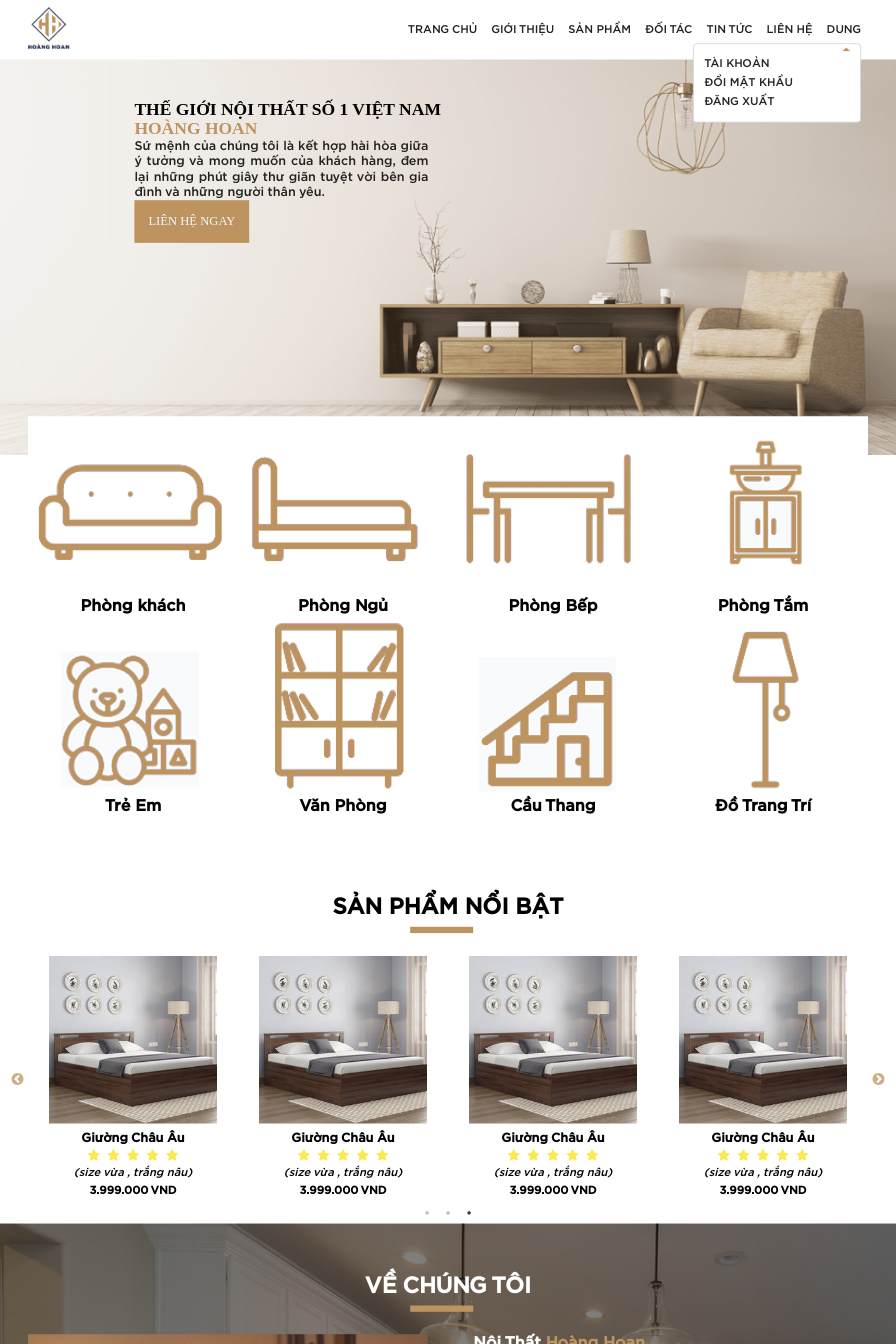
Repository: LDDUNG2003/prj_2
Page: /
The author's editor kept a copy of each file at every save. The page is drawn from the files as they stood at one save, then again after the next save.
The browser window is 1280 px wide. The pictures show the part of the page from y = 0 to 1920 px (the page is 3929 px tall), at 70% of full size.
The project was rebuilt for these pictures with package versions that can differ from the ones it lists, and the page was loaded fresh each time. Also part of the build but not shown: src/pages/news/newsListItem/index.js, src/pages/news/index.js, src/styles/css/contact.css, src/pages/contact/index.js, src/pages/notfoud/index.js, src/pages/login/index.js.

Above is the page before, as saved 2023-09-22 11:19:22.

### public/index.html
<!doctype html>
<html lang="en">
  <head>
    <meta charset="utf-8">
    <meta name="viewport" content="width=device-width, initial-scale=1">
    <link rel="shortcut icon" href="./img/logo.png">
    <link rel="preconnect" href="https://fonts.googleapis.com">
    <link rel="preconnect" href="https://fonts.gstatic.com" crossorigin>
    <link href="https://fonts.googleapis.com/css2?family=Roboto:ital,wght@0,100;0,300;0,400;0,500;1,100;1,400;1,500;1,700;1,900&display=swap" rel="stylesheet">
    <title>Nội Thất Hoàng Hoan</title>
  </head>
  <body>
    <div id="root"></div>
  </body>
</html>

### src/index.js
import React from 'react';
import ReactDOM from 'react-dom';
import App from './App';
import './index.css';

const root = ReactDOM.createRoot(document.getElementById('root'));
root.render(
  <React.StrictMode>
    <App />
  </React.StrictMode>,
);

### src/App.js
import React, { Component, Fragment } from 'react';
import { BrowserRouter as Router , Routes, Route } from 'react-router-dom';
import defaultLayout from './layouts/defaultLayout';
import { publicRoute } from './routes';
import "slick-carousel/slick/slick.css";
import "slick-carousel/slick/slick-theme.css";
import './styles/css/responsive.css';

class App extends Component {
  render() {
    return (
      <Router>
        <div className="App">
        <Routes>
          {publicRoute.map((route ,index) => {
              const Page = route.component
              let Layout
              if(route.layout === 'notlayout'){
                Layout = Fragment
              }else{
                Layout = defaultLayout
              }
              return (<Route
                key={index}
                path={route.path}
                element={
                <Layout>
                    <Page/>
                  </Layout>
                }/>);
            })}
        </Routes>
        </div>
      </Router>
    );
  }
}

export default App;

### src/index.css
@font-face {
    font-family: "Gotham-Medium";
    src: url(./styles/front/Gotham-Medium.otf);
}

@font-face {
    font-family: "Gotham-Thin";
    src: url(./styles/front/Gotham-Thin.otf);
}

@font-face {
    font-family: "Gotham-Ultra";
    src: url(./styles/front/Gotham-Ultra.otf);
}

### src/layouts/defaultLayout/index.js
// import PropTypes from 'prop-types'
import Header from "../header";
import Footer from "../footer";
import "../../styles/css/base.css";

function defaultLayout({children}) {
    return(
        <>
        <Header />
        <div className="content">{children}</div>
        <Footer />
        </>
    );
}

// DefaultLayout.propTypes = {
//     children: PropTypes.node.isRequired
// };
export default defaultLayout

### src/routes/index.js
import Home from '~/pages/home'
import News from '~/pages/news'
import Contact from '~/pages/contact'
import page404 from '~/pages/notfoud'
import Login from '~/pages/login'

const publicRoute = [
    {path: '/',component: Home},
    {path: '/news',component: News},
    {path: '/contact',component: Contact},
    {path: '/*',component: page404, layout: 'notlayout'},
    {path: '/login',component: Login,layout: 'notlayout'}
]

export  {publicRoute}

### src/styles/css/responsive.css
@media (min-width:767px) {
    #mobileMenu {
        display: none;
    }
}

@media (max-width: 767px) {
    #root {
        margin: 0px 5px;
    }
    #mobileMenu {
        display: block;
        text-align: center;
    }
    .logo--block {
        width: 100%;
        display: flex;
        align-items: center;
        justify-content: space-between;
    }
    .navBar {
        display: block;
        height: auto;
    }
    .choose-item {
        width: 100%;
    }
    .menu-mobile {
        width: 40px;
        height: 40px;
        padding: 10px;
        border: 0px;
        background-color: var(--primary-color);
    }
    .news--item-container {
        font-size: 11px;
    }
    .content--title::before {
        display: none;
    }
    .new--item-heading {
        font-size: 14px;
    }
    .navBar__list {
        display: none;
        width: 100%;
    }
    .navBar__list-item {
        padding: 4px;
        border-bottom: 2px solid #ccc;
    }
    .about__us {
        background: none;
    }
    .about__us::before {
        background: none;
    }
    .content__focut {
        position: static;
    }
    .focut--item {
        width: 50%;
    }
    .content__banner {
        width: 100%;
    }
    .banner--content {
        display: none;
    }
    .slick-prev:before,
    .slick-next:before {
        display: none;
    }
    .about--background {
        display: none;
    }
    .about__us-bag {
        position: static;
    }
    .about--block {
        display: block;
    }
    .about--content {
        width: 100%;
        color: var(--text-color);
    }
    .about--content img {
        width: 100%;
    }
    .content--title {
        color: var(--text-color);
    }
    .news--contain {
        display: block;
    }
    .mobile-display {
        display: none;
    }
    .news--contain--item {
        width: 100%;
    }
    .news--list-item {
        width: 100%;
        overflow: hidden;
    }
    .news--list-item img {
        height: 100%;
    }
    .partner--list {
        flex-wrap: wrap;
    }
    .partner--item {
        width: 50%;
    }
    .content--contact {
        display: none;
    }
    .footer__lable {
        display: block;
    }
    .footer--list {
        width: 100%;
        padding: 10px 0px;
    }
    .footer--list-item {
        width: 100%;
        padding: 5px 0px;
    }
    /* news responsive */
    .news--content-list {
        margin: 0px 20px;
    }
    .news--content-item {
        width: 100%;
    }
    .featured--list {
        width: 100%;
        margin: 10px;
        flex-wrap: wrap;
    }
    .featured--item {
        width: 100%;
    }
}

### src/layouts/header/index.js
import ListMenu from "./itemsHeader";
import Login from "./login";
import { FontAwesomeIcon } from "@fortawesome/react-fontawesome"
import { faBars} from "@fortawesome/free-solid-svg-icons";
function Header(){
    let Href = window.location.href
    console.log(Href)

    return (
        <div className="header">
            <div className="navBar">
                <div className="logo--block">
                <img src="./img/logo.png" alt="logo" className="logo" />
                <button onClick={clickMenu} className="menu-mobile" id="mobileMenu"><FontAwesomeIcon icon={faBars} color="#fff"/></button>
                </div>
                <ul className="navBar__list">
                    <ListMenu/>
                    <Login/>
                </ul>
            </div>
        </div>
    )
}
function clickMenu(){
    if (document.getElementsByClassName("navBar__list")[0].style.display === "block") {
        document.getElementsByClassName("navBar__list")[0].style.display = null;
    } else {
        document.getElementsByClassName("navBar__list")[0].style.display = "block";
    }
}

export default Header

### src/styles/css/base.css
* {
    padding: 0px;
    margin: 0px;
    font-family: "Gotham-Medium";
    text-align: justify;
}

:root {
    --primary-color: #bd945f;
    --text-color: #222222;
}


/* font setting */

.App {
    width: 100%;
    overflow: hidden;
    background-color: #fff;
}

.main {
    width: 100%;
}

.header {
    padding: 10px 0px;
    margin: auto;
    width: 100%;
    max-width: 1200px;
}

.navBar {
    display: flex;
    width: 100%;
    justify-content: space-between;
}

.logo {
    height: 60px;
}

.navBar__list {
    display: flex;
    list-style: none;
    align-items: center;
}

.navBar__list-item {
    margin: 0 10px;
    position: relative;
}

.navBar__list--link {
    text-transform: uppercase;
    font-size: 16px;
    color: var(--text-color);
    text-decoration: none;
}

.navBar__list-item::before {
    content: '';
    background-color: var(--primary-color);
    display: block;
    height: 4px;
    margin-top: 7px;
    width: 0px;
    top: 75%;
    position: absolute;
    transition: 0.3s;
    z-index: 1;
}

.Login--navBar {
    list-style: none;
    position: absolute;
    z-index: 1;
    width: 240px;
    background-color: #fff;
    padding: 15px;
    right: 0px;
    top: 150%;
    border-radius: 5px;
    border: solid 1px #ccc;
    /* display: none; */
}

.Login--navBar::before {
    content: '';
    position: absolute;
    width: 0px;
    border: 5px solid;
    border-color: #fff #fff var(--primary-color);
    top: 0px;
    right: 15px;
    display: block;
}

.navBar__list-item:hover .Login--navBar {
    display: block;
}

.Login__list-item {
    padding: 4px 0px;
}

.select--item::before {
    content: '';
    background-color: var(--primary-color);
    display: block;
    height: 4px;
    margin-top: 7px;
    width: 65px;
    top: 75%;
    position: absolute;
    z-index: 1;
}

.navBar__list-item:hover::before {
    width: 65px;
}

.featured--content {
    padding-top: 10px;
    text-align: center;
}

.featured-name {
    display: contents;
    font-size: 18px;
    text-transform: capitalize;
}

.evaluate--list {
    list-style: none;
    display: flex;
    justify-content: center;
}

.evaluate--list li {
    padding: 5px;
    margin: 0;
}

.note-product {}

.content--title {
    font-size: 32px;
    padding: 50px 0px;
    text-align: center;
    position: relative;
    text-transform: uppercase;
}

.content--title::before {
    content: '';
    background-color: var(--primary-color);
    width: 90px;
    height: 9px;
    position: absolute;
    top: 70%;
    right: 47%;
}

.content__featured {
    width: 100%;
    max-width: 1200px;
    margin: auto;
    padding-bottom: 30px;
}

.featured--list {
    width: 100%;
    list-style: none;
    display: flex;
    text-align: center;
}

.featured--item {}

.featured--img {
    width: 80%;
    margin: auto;
}

.price-product {
    text-align: center;
    padding: 7px 0px;
    font-weight: 800;
    font-size: 16px;
}

.slick-prev:before,
.slick-next:before {
    color: var(--primary-color) !important;
    width: 15px;
    display: inline-block;
}

.footer {
    padding: 20px 0px;
    background-color: black;
}

.footer__lable {
    max-width: 1200px;
    margin: auto;
    display: flex;
    width: 100%;
    justify-content: space-around;
    color: #fff;
    justify-content: space-between;
}

.footer--list {
    list-style: none;
    width: 32%;
}

.footer--list-item {
    font-size: 16px;
    padding-top: 8px;
    text-transform: capitalize;
    font-family: initial;
}

.footer--list-heading {
    font-size: 18px;
    font-weight: 300;
    text-transform: uppercase;
    position: relative;
    padding-bottom: 0px;
    font-family: 'Gotham-Medium';
}

.footer--list-heading::after {
    content: '';
    background-color: var(--primary-color);
    width: 110px;
    padding-top: 6px;
    position: absolute;
    left: 0px;
    bottom: -8px;
}

.footer--inheri {
    text-transform: uppercase;
    font-weight: 600;
    font-size: 18px;
}

.footer--list-contact {
    display: flex;
    list-style: none;
}

.fooder--list-contact-item {
    width: 16px;
    padding: 5px;
}

### src/layouts/header/itemsHeader/index.js
import { Link } from "react-router-dom"

function ListMenu() {
    var menuItem = ["Trang Chủ", "Giới Thiệu","sản phẩm","Đối Tác","tin tức","Liên hệ"]
    var menuLink = ["/", "/About", "/Products","partner", "/News", "/Contact"]
    var menubar =[]
    for (var i = 0; i < menuItem.length; i++) {
        menubar.push(
            <li onClick={clickLink} className="navBar__list-item" key={i}>
                <Link className="navBar__list--link" to={menuLink[i]}>{menuItem[i]}</Link>
            </li>
        )
        console.log(menuItem[i])
    }
    return (
        <>
        {menubar}
        </>
    );

    function clickLink(){
        document.getElementsByClassName("navBar__list")[0].style.display = null;
    }
}


export default ListMenu;

### src/layouts/header/login/index.js
import { Link } from "react-router-dom"

function Login() {
    var LoginCheck = true
    let nameAccount = "Dung"
    if(LoginCheck){
        return (
            <li onClick={clickLink} className="navBar__list-item">
                <Link className="navBar__list--link">
                    {nameAccount}
                    <ul className="Login--navBar">
                        <li className="Login__list-item">
                            <Link className="navBar__list--link">tài khoản </Link>
                        </li>
                        <li className="Login__list-item">
                            <Link className="navBar__list--link">đổi mật khẩu </Link>
                        </li>
                        <li className="Login__list-item">
                            <Link className="navBar__list--link">đăng xuất</Link>
                        </li>
                    </ul>
                </Link>
            </li>
        )
    }
    else{
        return(
            <li className="navBar__list-item">
                <Link to = "/login" className="navBar__list--link">Đăng Nhập</Link>
            </li>
        )
    }

    function clickLink(){
        document.getElementsByClassName("navBar__list")[0].style.display = null;
    }
}

export default Login;

### src/styles/css/news.css
.news--contet {
    width: 100%;
    max-width: 1200px;
    margin: auto;
    padding-bottom: 50px;
}

.news--content-list {
    display: flex;
    flex-wrap: wrap;
    list-style: none;
    align-items: center;
}

.news--content-item {
    width: 33%;
    padding: 20px;
    box-sizing: border-box;
}

.news--item-img {
    width: 100%;
}

.news--item-contain {
    margin: auto;
    margin-left: 8px;
}

.news--contain-heading {
    font-size: 23px;
    color: var(--primary-color);
    text-transform: uppercase;
}

.news--contain-text {
    padding: 10px 0px 0px 0px;
    font-size: 16px;
}

### src/pages/notfoud/index.css
* {
    -webkit-box-sizing: border-box;
    box-sizing: border-box;
}

body {
    padding: 0;
    margin: 0;
}

#notfound {
    position: relative;
    height: 100vh;
}

#notfound .notfound {
    position: absolute;
    left: 50%;
    top: 50%;
    -webkit-transform: translate(-50%, -50%);
    -ms-transform: translate(-50%, -50%);
    transform: translate(-50%, -50%);
}

.notfound {
    max-width: 520px;
    width: 100%;
    line-height: 1.4;
    text-align: center;
}

.notfound .notfound-404 {
    position: relative;
    height: 200px;
    margin: 0px auto 20px;
    z-index: -1;
}

.notfound .notfound-404 h1 {
    font-family: 'Montserrat', sans-serif;
    font-size: 236px;
    font-weight: 200;
    margin: 0px;
    color: #211b19;
    text-transform: uppercase;
    position: absolute;
    left: 50%;
    top: 50%;
    -webkit-transform: translate(-50%, -50%);
    -ms-transform: translate(-50%, -50%);
    transform: translate(-50%, -50%);
}

.notfound .notfound-404 h2 {
    font-family: 'Montserrat', sans-serif;
    font-size: 28px;
    font-weight: 400;
    text-transform: uppercase;
    color: #211b19;
    background: #fff;
    padding: 10px 5px;
    margin: auto;
    display: inline-block;
    position: absolute;
    bottom: 0px;
    left: 0;
    right: 0;
}

.notfound a {
    font-family: 'Montserrat', sans-serif;
    display: inline-block;
    font-weight: 700;
    text-decoration: none;
    color: #fff;
    text-transform: uppercase;
    padding: 13px 23px;
    background: #ff6300;
    font-size: 18px;
    -webkit-transition: 0.2s all;
    transition: 0.2s all;
}

.notfound a:hover {
    color: #ff6300;
    background: #211b19;
}

@media only screen and (max-width: 767px) {
    .notfound .notfound-404 h1 {
        font-size: 148px;
    }
}

@media only screen and (max-width: 480px) {
    .notfound .notfound-404 {
        height: 148px;
        margin: 0px auto 10px;
    }
    .notfound .notfound-404 h1 {
        font-size: 86px;
    }
    .notfound .notfound-404 h2 {
        font-size: 16px;
    }
    .notfound a {
        padding: 7px 15px;
        font-size: 14px;
    }
}

### src/styles/css/login.css
.login-page {
    width: 360px;
    padding: 8% 0 0;
    margin: auto;
}

.form {
    position: relative;
    z-index: 1;
    background: #FFFFFF;
    max-width: 360px;
    margin: 0 auto 100px;
    padding: 45px;
    text-align: center;
    box-shadow: 0 0 20px 0 rgba(0, 0, 0, 0.2), 0 5px 5px 0 rgba(0, 0, 0, 0.24);
}

.form input {
    font-family: "Roboto", sans-serif;
    outline: 0;
    background: #f2f2f2;
    width: 100%;
    border: 0;
    margin: 0 0 15px;
    padding: 15px;
    box-sizing: border-box;
    font-size: 14px;
}

.form button {
    font-family: "Roboto", sans-serif;
    text-transform: uppercase;
    outline: 0;
    background: #4CAF50;
    width: 100%;
    border: 0;
    padding: 15px;
    color: #FFFFFF;
    font-size: 14px;
    -webkit-transition: all 0.3 ease;
    transition: all 0.3 ease;
    cursor: pointer;
}

.form button:hover,
.form button:active,
.form button:focus {
    background: #43A047;
}

.form .message {
    margin: 15px 0 0;
    color: #b3b3b3;
    font-size: 12px;
}

.form .message a {
    color: #4CAF50;
    text-decoration: none;
}

.form .register-form {
    display: none;
}

.container {
    position: relative;
    z-index: 1;
    max-width: 300px;
    margin: 0 auto;
}

.container:before,
.container:after {
    content: "";
    display: block;
    clear: both;
}

.container .info {
    margin: 50px auto;
    text-align: center;
}

.container .info h1 {
    margin: 0 0 15px;
    padding: 0;
    font-size: 36px;
    font-weight: 300;
    color: #1a1a1a;
}

.container .info span {
    color: #4d4d4d;
    font-size: 12px;
}

.container .info span a {
    color: #000000;
    text-decoration: none;
}

.container .info span .fa {
    color: #EF3B3A;
}

body {
    background: #76b852;
    /* fallback for old browsers */
    background: rgb(141, 194, 111);
    background: linear-gradient(90deg, rgba(141, 194, 111, 1) 0%, rgba(118, 184, 82, 1) 50%);
    font-family: "Roboto", sans-serif;
    -webkit-font-smoothing: antialiased;
    -moz-osx-font-smoothing: grayscale;
}

### src/styles/css/home.css
.content {
    width: 100%;
    /* max-width: 1500px; */
    margin: auto;
}

.content__banner {
    width: 100%;
    position: relative;
}

.content--list-image {
    width: 100%;
    max-width: 1500px;
    margin: auto;
}

.content--image {
    width: 100%;
}

.banner--content {
    position: absolute;
    top: 10%;
    left: 15%;
}

.banner--content-text-title {
    text-transform: uppercase;
    font-family: 800;
    font-family: "gotham-utral";
    font-size: 25px;
}

.banner--content-text {
    font-size: 18px;
    color: var(--text-color);
    width: 420px;
}

.banner--button {
    padding: 20px;
    color: aliceblue;
    background-color: var(--primary-color);
    border: none;
    font-family: "gotham-utral";
    font-size: 18px;
    cursor: pointer;
}

.content__focut {
    position: relative;
    background-color: #ffffff;
    top: -60px;
    max-width: 1200px;
    width: 100%;
    margin: auto;
}

.focut--list {
    margin: auto;
    display: flex;
    width: 100%;
    list-style: none;
    flex-wrap: wrap;
}

.focut--item {
    width: 25%;
    text-align: center;
}

.focut--img {
    width: 100%;
}

.focut--text {
    text-align: center;
    font-size: 23px;
}

.content__featured {
    width: 100%;
    max-width: 1200px;
    margin: auto;
    padding-bottom: 30px;
}

.featured--list {
    width: 100%;
    list-style: none;
    display: flex;
    text-align: center;
}

.featured--item {
    width: 24%;
}

.featured--img {
    width: 80%;
    margin: auto;
}

.about__us {
    position: relative;
    width: 100%;
    max-width: 1500px;
    margin: auto;
    padding: 20px 0px;
    background-image: url("../img/bg-about-us.jpg");
    display: flex;
    justify-content: center;
}

.about__us::before {
    content: "";
    position: absolute;
    width: 100%;
    height: 100%;
    background-color: black;
    opacity: 0.5;
    z-index: 0;
    top: 0px;
    display: block;
}

.about__us-bag {
    top: 0px;
    width: 100%;
    max-width: 1200px;
    left: 10%;
    color: #ffffff;
    z-index: 1;
}

.about__content {
    width: 100%;
}

.about--block {
    display: flex;
    justify-content: space-between;
}

.about--content {
    width: 47%;
}

.about--content--title {
    font-size: 23px;
}

.about--text--list {
    font-size: 16px;
    padding: 10px 0px;
}

.about--text {
    padding: 10px 0px;
}

.about--list {
    list-style: none;
    display: flex;
}

.about--item {
    width: 20%;
    padding: 4px;
}

.about--img {
    width: 100%;
}

.choose__choose {
    width: 100%;
}

.choose--list {
    list-style: none;
    display: flex;
    flex-wrap: wrap;
    justify-content: space-between;
}

.choose--item {
    align-items: center;
    margin: 5px 0px;
    width: 48%;
    display: flex;
    background-color: #ffffff;
}

.choose--content-title {
    color: var(--primary-color);
    font-size: 23px;
    text-transform: uppercase;
    font-weight: 800;
}

.choose--text {
    font-weight: 700;
    font-size: 16px;
    padding: 5px 0px;
    color: var(--text-color);
}

.news {
    margin: auto;
    width: 100%;
    max-width: 1500px;
}

.content--title {}

.news--contain {
    margin: auto;
    display: flex;
    width: 100%;
    justify-content: space-between;
}

.news--contain--item {
    width: 48%;
    position: relative;
}

.impotant--grd {
    height: 460px;
    width: 100%;
}

.news-contain-impotant {
    margin-right: 10px;
    position: absolute;
    bottom: 0;
    height: 30%;
    background-color: var(--primary-color);
    padding: 20px 10px;
    width: 100%;
}

.news--impotant-heading {
    font-size: 23px;
    text-transform: uppercase;
    color: #ffffff;
}

.news--impotant-text {
    font-size: 16px;
}

.news--list {
    list-style: none;
}

.news--list-item {
    margin: 5px 0;
    display: flex;
    height: 105px;
}

.new--item-heading {
    font-size: 21px;
    text-transform: capitalize;
}

.news--item-container {
    font-size: 16px;
    margin: 5px;
    font-weight: 100;
    text-align: justify;
}

.news--impotant-text {
    margin: 0px;
}

.partner--contain {}

.partner--list {
    display: flex;
    list-style: none;
    flex-wrap: wrap;
    width: 100%;
    /* setup max width  */
    max-width: 1200px;
    margin: auto;
}

.partner--item {
    /* setup width calc 100/7 */
    width: calc(100% / 7);
    /* width: calc(100%/7%); */
}

.content--contact {
    width: 100%;
    margin: auto;
    max-width: 1600px;
    position: relative;
    box-sizing: border-box;
}

.contact--contain {
    height: 100%;
}

.contact-bg {
    width: 100%;
    height: 100%;
}

.contact-contain {}

.contact-image {
    position: absolute;
    display: none;
}

### src/font-awesome/index.js
import { FontAwesomeIcon } from "@fortawesome/react-fontawesome";
import { faStar} from "@fortawesome/free-solid-svg-icons";
function Star() {
    return (
        <FontAwesomeIcon icon={faStar} style={{color: "#fce94f",}} />
     );
}


export default Star;

Loaded but not shown: src/pages/home/index.js (219 lines, source omitted); src/layouts/footer/index.js (47 lines, source omitted); src/pages/home/setProductSlick/index.js (70 lines, source omitted)

After the next save:
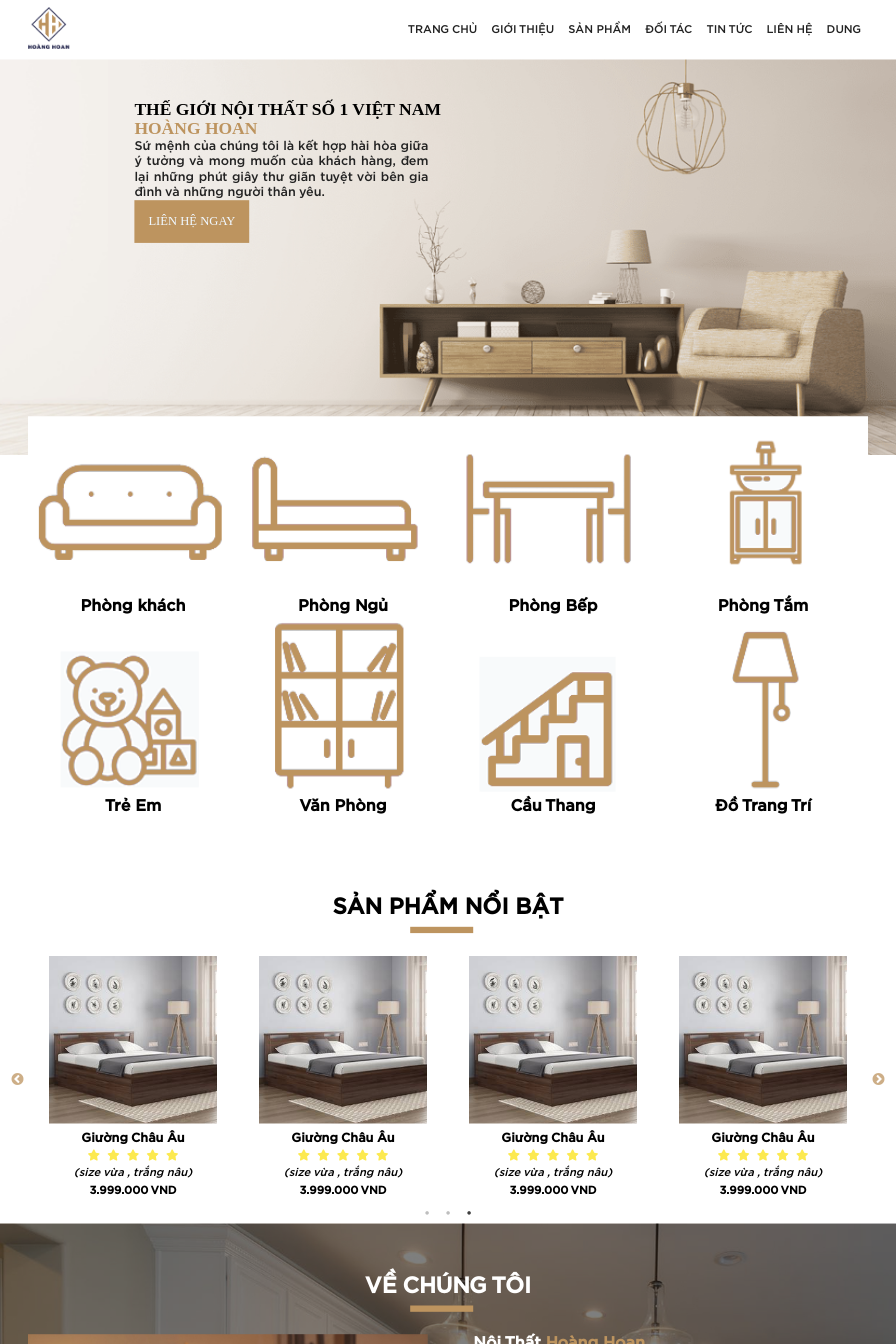
Saved 13 s later.
--- a/src/styles/css/base.css
+++ b/src/styles/css/base.css
@@ -82,7 +82,7 @@
     top: 150%;
     border-radius: 5px;
     border: solid 1px #ccc;
-    /* display: none; */
+    display: none;
 }
 
 .Login--navBar::before {
